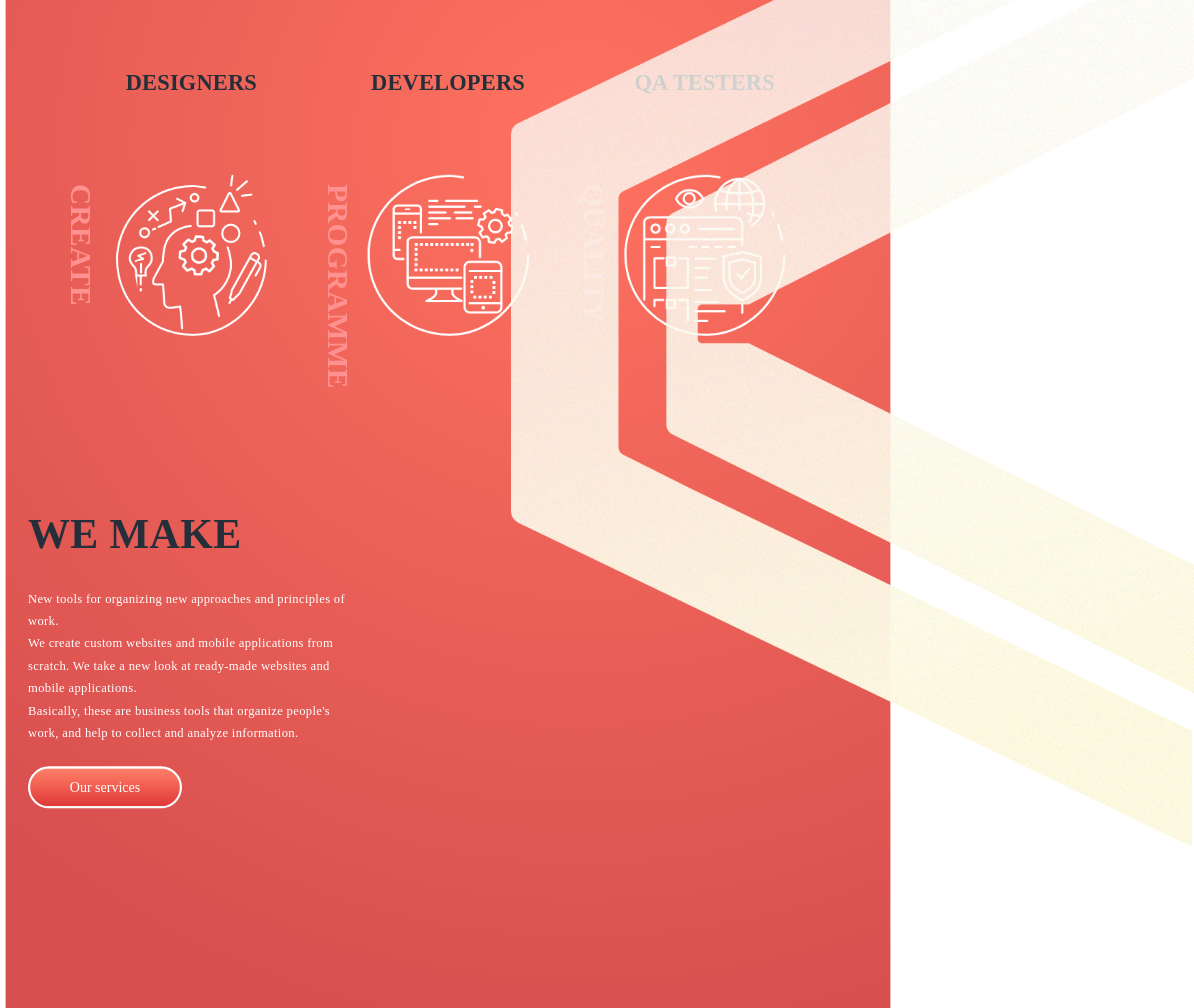
Repository: batonAnton/Ukiepro_girl
Page: MainPage.html
The author's editor kept a copy of each file at every save. The page is drawn from the files as they stood at one save, then again after the next save.
The browser window is 1280 px wide. The page is 1706 px wide, so the pictures cover 1706 px, including what lies to the right of the window. The pictures show the part of the page from y = 1744 to 3184 px (the page is 4103 px tall), at 70% of full size.

Above is the page before, as saved 2020-03-15 18:51:51.

### MainPage.html
<!DOCTYPE html>
<html lang="en">
  <head>
    <meta charset="UTF-8" />
    <meta name="viewport" content="width=device-width, initial-scale=1.0" />
    <title>Main Page</title>
    <link rel="stylesheet" href="./Css/style.css" />
  </head>
  <body>
    <div>
      <div class="block1">
        <nav>
          <a href="">services</a>
          <a href="">about</a>
          <a href="">portfolio</a>
          <a href="">contact</a>
        </nav>
        <div class="big_logo">
          <img src="./img/Combined_Shape.png" alt="" />

          <div class="btn_block1">
            <p>
              Automating your <br />
              business is up to
            </p>

            <button>Contact us</button>
          </div>
        </div>
        <div class="girl">
          <img src="./img/girl.png" alt="" />
        </div>
      </div>

      <div class="container block2">
        <div class="block2_info">
          <div class="block2_img">
            <img src="/img/block2_logo.png" alt="" />
          </div>

          <div class="weare">
            <h1>we are</h1>
            <p>
              Business is not about success but about efficiency! <br />
              We are engaged in the implementation of automated <br />
              solutions for commercially-oriented projects. We <br />
              redesign in order to save your time and money.
            </p>
            <button>More about us</button>
          </div>
        </div>

        <div class="container  three_img_info">
          <div class="same_img_info">
            <h1>designers</h1>
            <img src="./img/designer.png" alt="" />
            <p>create</p>
          </div>

          <div class="same_img_info">
            <h1>developers</h1>
            <img src="./img/developers.png" alt="" />
            <p>programme</p>
          </div>

          <div class="same_img_info">
            <h1>qa testers</h1>
            <img src="./img/qa.png" alt="" />
            <p>quality</p>
          </div>
        </div>

        <div class=" container block2_info2">
          <div class="wemake">
            <h1>we make</h1>

            <p>
              New tools for organizing new approaches and principles of <br />
              work. <br />
              We create custom websites and mobile applications from <br />
              scratch. We take a new look at ready-made websites and <br />
              mobile applications. <br />
              Basically, these are business tools that organize people's <br />
              work, and help to collect and analyze information.
            </p>

            <button>Our services</button>
          </div>

          <div class="block2_img_rombo">
            <img src="/img/rombo.png" alt="" />
          </div>
        </div>

        <div class="container block2_info2">
          <div class="same_img_info">
            <h1>co-founder</h1>
            <img src="./img/co-founder.png" alt="" />
          </div>

          <div class="same_img_info">
            <h1>
              small & medium <br />
              businesses
            </h1>
            <img src="./img/business.png" alt="" />
          </div>

          <div class="same_img_info">
            <h1>startups</h1>
            <img src="./img/startup.png" alt="" />
          </div>
        </div>
      </div>
    </div>
  </body>
</html>

### Css/style.css
* {
  max-width: 100%;
}
button {
  width: 220px;
  height: 60px;
  border: none;
  border-radius: 33px;
  background-image: linear-gradient(180deg, #ff8067 0%, #df3939 100%);
  color: #ffffff;
  font-family: "Museo -700";
  font-size: 20px;
}
.container {
  max-width: 100%;
  width: 1100px;
  margin-left: auto;
  margin-right: auto;
}
.block1 {
  width: 100%;
  height: 920px;
  position: relative;
  box-shadow: -8px 1px 116px rgba(0, 0, 0, 0.21);
  background-image: radial-gradient(
    circle 1673px at 29.24% 114.02%,
    #22466c 0%,
    #0e1f39 100%
  );
  /* opacity: -1; */
  z-index: 2;
}

.block1 nav {
  max-width: 100%;
  width: 1050px;
  margin-left: auto;
  margin-right: auto;
  margin-top: 0;
  padding-top: 40px;

  height: 19px;
  text-align: right;
  color: #ffffff;
  font-family: "Museo 500- Regular";
  font-size: 16px;
  font-weight: 400;
  letter-spacing: 0.89px;
}
.block1 nav a {
  width: 446px;
  height: 19px;
  color: #ffffff;
  font-family: "Museo 500- Regular";
  font-size: 16px;
  font-weight: 400;
  letter-spacing: 0.84px;
  /* Text style for "Services" */
  letter-spacing: 0.89px;
  text-transform: capitalize;
}

.block1 nav a + a {
  margin-left: 30px;
}
.big_logo {
  margin: 0 auto;
  max-width: 100%;
  width: 1200px;
  text-align: center;
}
.block1 img {
  max-width: 100%;
  width: 1226px;
  height: 309px;
  margin: 0 auto;
  padding-top: 75px;
  margin-left: auto;
  margin-right: auto;
}

p {
  margin-block-start: 0em;
  margin-block-end: 0em;
}

.block1 p {
  width: 350px;
  height: 103px;
  opacity: 0.8;
  color: #ffffff;
  font-family: "Exo 2.0- Bold";
  font-size: 30px;
  font-weight: 700;
  letter-spacing: -0.03px;
  line-height: 40px;
}
.block1 button {
  width: 220px;
  height: 60px;
  border: none;
  border-radius: 33px;
  background-image: linear-gradient(180deg, #ff8067 0%, #df3939 100%);
  color: #ffffff;
  font-family: "Museo -700";
  font-size: 20px;
}
.btn_block1 {
  text-align: left;
  margin-left: 50px;
  margin-top: 80px;
}
.block1 button {
  margin-top: 50px;
}

.block1 .girl img {
  width: 729px;
  height: 957px;
  position: absolute;
  top: 25%;
  left: 35%;
}

.block2 {
  width: 1922px;
  height: 2851px;
  background-image: radial-gradient(
    circle 1288px at 65.32% 35.97%,
    #ff7260 0%,
    #d74f4f 100%
  );
  z-index: 0;
}
.block2_info {
  height: 895px;
  width: 1200px;
  margin-left: auto;
  margin-right: auto;
}

.block2_img {
  width: 1306px;
  height: 895px;
  left: -25%;
  top: 85%;
  position: absolute;
}

.weare {
  float: right;
  margin: 10% 20%;
}

.weare h1 {
  height: 70px;
  color: #242f3a;
  font-family: "Exo 2.0- Bold";
  font-size: 60px;
  font-weight: 700;
  letter-spacing: 0.52px;
  text-transform: uppercase;
}

.weare p {
  height: 219px;
  /* opacity: 0.9; */
  color: #ffffff;
  font-family: "Museo 500- Regular";
  font-size: 18px;
  font-weight: 400;
  letter-spacing: 0.48px;
  line-height: 32px;
  /* Text style for "Business i" */
  font-family: "Museo -700";
}

.block2_info button {
  width: 220px;
  height: 60px;
  border-radius: 33px;
  border: 3px solid #ffffff;
}

.three_img_info {
  display: flex;
  flex-direction: row;
  height: 490px;
}

.three_img_info h1 {
  height: 38px;
  color: #242f3a;
  font-family: "Exo 2.0- Bold";
  font-size: 32px;
  font-weight: 700;
  letter-spacing: 0.28px;
  text-transform: uppercase;
}

.same_img_info {
  width: 50%;
  text-align: center;
}

.same_img_info img {
  height: 230px;
  margin-top: 90px;
}

.same_img_info p {
  width: 50px;
  margin-top: -60%;
  transform: rotate(90deg);
  color: #ff9291;
  font-family: "Exo 2.0- Bold";
  font-size: 42px;
  font-weight: 700;
  letter-spacing: 0.37px;
  text-transform: uppercase;
}

.block2_info2 {
  display: flex;
  flex-direction: row;
  height: 895px;
  width: 1200px;
  margin-left: auto;
  margin-right: auto;
}

.wemake {
  margin-top: 10%;
}
.wemake h1 {
  height: 70px;
  color: #242f3a;
  font-family: "Exo 2.0- Bold";
  font-size: 60px;
  font-weight: 700;
  letter-spacing: 0.52px;
  text-transform: uppercase;
}

.wemake p {
  height: 256px;
  /* opacity: 0.9; */
  color: #ffffff;
  font-family: "Museo 500- Regular";
  font-size: 18px;
  font-weight: 400;
  letter-spacing: 0.48px;
  line-height: 32px;
  /* Text style for "Business i" */
  font-family: "Museo -700";
}

.block2_info2 button {
  width: 220px;
  height: 60px;
  border-radius: 33px;
  border: 3px solid #ffffff;
}

/* rombo property */

.block2_img_rombo {
  width: 976px;
  height: 1479px;
  left: 57%;
  top: 205%;
  position: absolute;
}

After the next save:
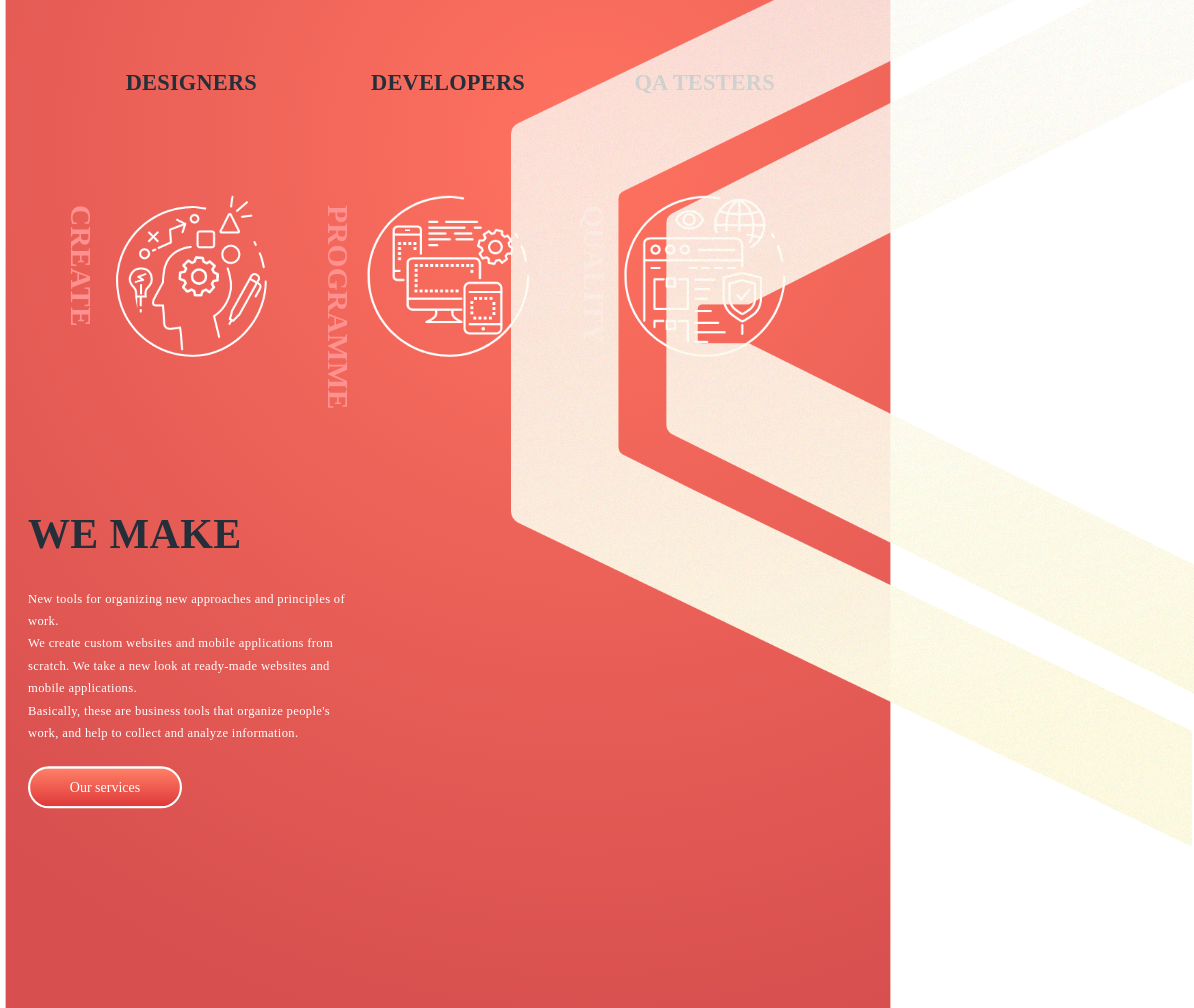
Saved 9 min 3 s later.
--- a/Css/style.css
+++ b/Css/style.css
@@ -271,3 +271,13 @@
   top: 205%;
   position: absolute;
 }
+
+.same_img_info h1 {
+  height: 68px;
+  color: #242f3a;
+  font-family: "Exo 2.0- Bold";
+  font-size: 32px;
+  font-weight: 700;
+  letter-spacing: 0.28px;
+  text-transform: uppercase;
+}
